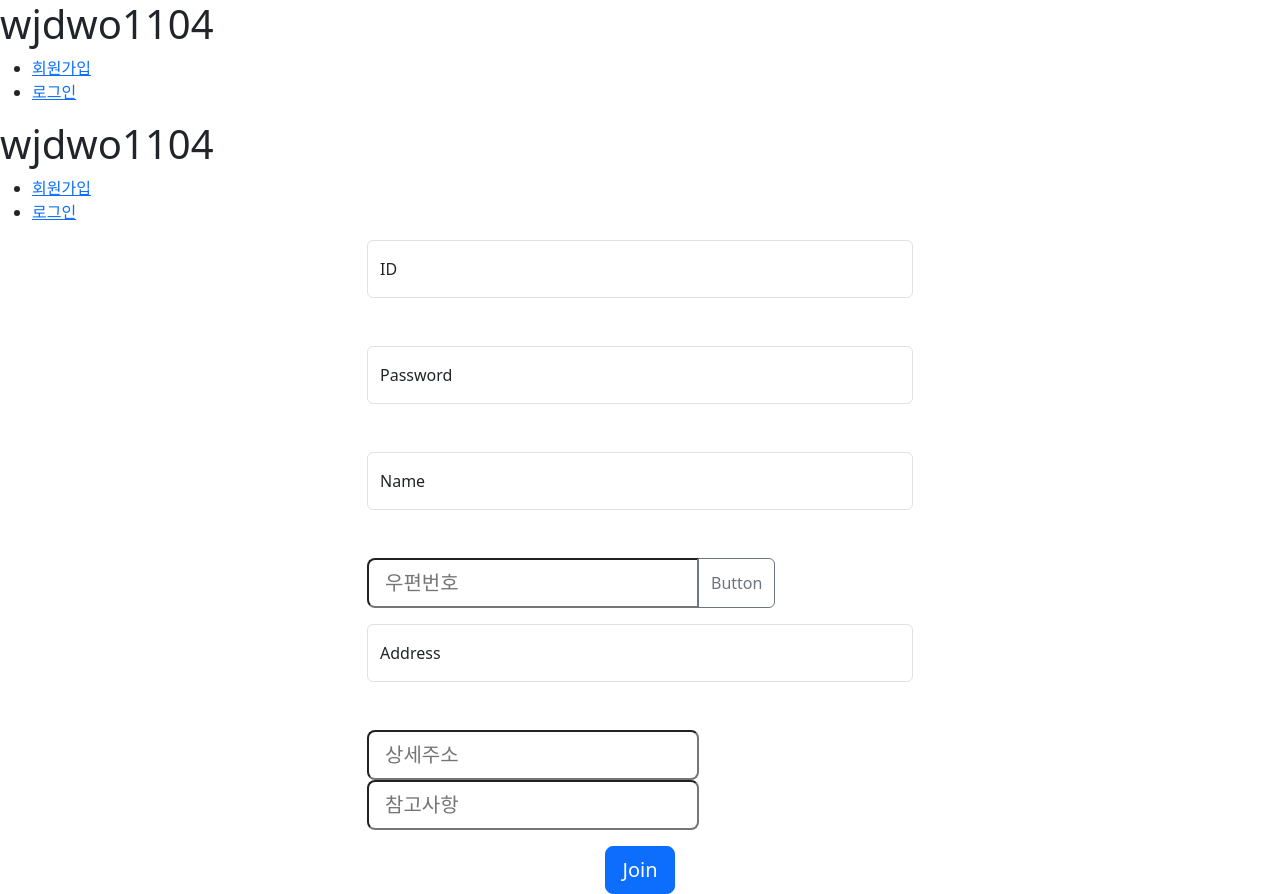
Repository: gain00/lecture1
Page: http://localhost/db-connect/join-form.jsp
An editor plug-in stored every save of this project. The page is shown before and after the next save, followed by the edit.
The browser window is 1280 px wide. The pictures show the whole page.
The page is served by Tomcat 9. Other server files are loaded and not shown.

Above is the page before, as saved 2023-06-07 05:05:04.

### db-connect/src/main/webapp/join-form.jsp
<%@ page language="java" contentType="text/html; charset=UTF-8" pageEncoding="UTF-8"%> <%@include file = "include/header.jsp"%>
<script src="//t1.daumcdn.net/mapjsapi/bundle/postcode/prod/postcode.v2.js"></script>
<body>

  <header>

    <h1>wjdwo1104</h1>
    <nav class="gnb">
      <ul>
        <li><a href="join-form.jsp">회원가입</a></li>
        <li><a href="login-form.jsp">로그인</a></li>
      </ul>
    </nav>
  </header>

  <form action="join-process.jsp" method="post" class="join">
    <div class="container-sm">
      <div class="row justify-content-center">
        <div class="col-6">
          <div class="form-floating mb-5">
            <input type="text" class="form-control" name="userId" id="floatingInput" placeholder="아이디를 입력해주세요" />
            <label for="floatingInput">ID</label>
          </div>
          <div class="form-floating mb-5">
            <input type="password" class="form-control" name="userPw" id="floatingPassword" placeholder="Password" />
            <label for="floatingPassword">Password</label>
          </div>
          <div class="form-floating mb-5">
            <input type="text" class="form-control" name="userName" id="floatingName" placeholder="이름" />
            <label for="floatingName">Name</label>
          </div>

          <div class="input-group mb-3">
            <input type="text" class="form-control-lg" placeholder="우편번호" id="zonecode" name="zonecode" readonly />
            <button class="btn btn-outline-secondary" type="button" id="button-addon2" onclick="searchZonecode()">Button</button>
          </div>

          <div class="form-floating mb-5">
            <input type="text" class="form-control address" name="userAddress" id="floatingAddress" placeholder="주소를 입력해주세요" />
            <label for="floatingAddress">Address</label>
          </div>
          <div class="row mb-3">
            <div class="col">
              <input type="text" class="form-control-lg detailAddress" placeholder="상세주소" aria-label="First name" name="detailAddress" />
            </div>
            <div class="col">
              <input type="text" class="form-control-lg extraAddress" placeholder="참고사항" aria-label="Last name" name="extraAddress" />
            </div>
          </div>

          <div class="text-center"><button type="submit" class="btn btn-primary btn-lg">Join</button></div>
        </div>
      </div>
    </div>
  </form>
  <script>
    function searchZonecode() {
      new daum.Postcode({
        oncomplete: function (data) {
          // 팝업에서 검색결과 항목을 클릭했을때 실행할 코드를 작성하는 부분.

          // 각 주소의 노출 규칙에 따라 주소를 조합한다.
          // 내려오는 변수가 값이 없는 경우엔 공백('')값을 가지므로, 이를 참고하여 분기 한다.
          let addr = ""; // 주소 변수
          let extraAddr = ""; // 참고항목 변수

          //사용자가 선택한 주소 타입에 따라 해당 주소 값을 가져온다.
          if (data.userSelectedType === "R") {
            // 사용자가 도로명 주소를 선택했을 경우
            addr = data.roadAddress;
          } else {
            // 사용자가 지번 주소를 선택했을 경우(J)
            addr = data.jibunAddress;
          }

          // 사용자가 선택한 주소가 도로명 타입일때 참고항목을 조합한다.
          if (data.userSelectedType === "R") {
            // 법정동명이 있을 경우 추가한다. (법정리는 제외)
            // 법정동의 경우 마지막 문자가 "동/로/가"로 끝난다.
            if (data.bname !== "" && /[동|로|가]$/g.test(data.bname)) {
              extraAddr += data.bname;
            }
            // 건물명이 있고, 공동주택일 경우 추가한다.
            if (data.buildingName !== "" && data.apartment === "Y") {
              extraAddr += extraAddr !== "" ? ", " + data.buildingName : data.buildingName;
            }
            // 표시할 참고항목이 있을 경우, 괄호까지 추가한 최종 문자열을 만든다.
            if (extraAddr !== "") {
              extraAddr = " (" + extraAddr + ")";
            }
            // 조합된 참고항목을 해당 필드에 넣는다.
            document.querySelector(".extraAddress").value = extraAddr;
          } else {
            document.querySelector(".extraAddress").value = "";
          }

          // 우편번호와 주소 정보를 해당 필드에 넣는다.
          document.querySelector("#zonecode").value = data.zonecode;
          document.querySelector(".address").value = addr;
          // 커서를 상세주소 필드로 이동한다.
          document.querySelector(".address").focus();
        },
      }).open();
    }
  </script>
</body>

<%@ include file = "include/footer.jsp" %>

### db-connect/src/main/webapp/include/header.jsp
<%@ page language="java" contentType="text/html; charset=UTF-8" pageEncoding="UTF-8"%>
<!DOCTYPE html>
<html>
  <head>
    <meta charset="UTF-8" />
    <title>Insert title here</title>
    <link rel="styleheet" href="css/layout.css" />
    <link rel="stylesheet" href="css/bootstrap.min.css" />
    <script src="js/bootstrap.bundle.min.js"></script>
  </head>
  <body>
    <header>
      <h1>wjdwo1104</h1>
      <nav class="gnb">
        <ul>
          <li><a href="join-form.jsp">회원가입</a></li>
          <li><a href="login-form.jsp">로그인</a></li>
        </ul>
      </nav>
    </header>

Loaded but not shown: db-connect/src/main/webapp/include/footer.jsp (common file); db-connect/src/main/webapp/css/bootstrap.min.css (library); db-connect/src/main/webapp/js/bootstrap.bundle.min.js (library)

After the next save:
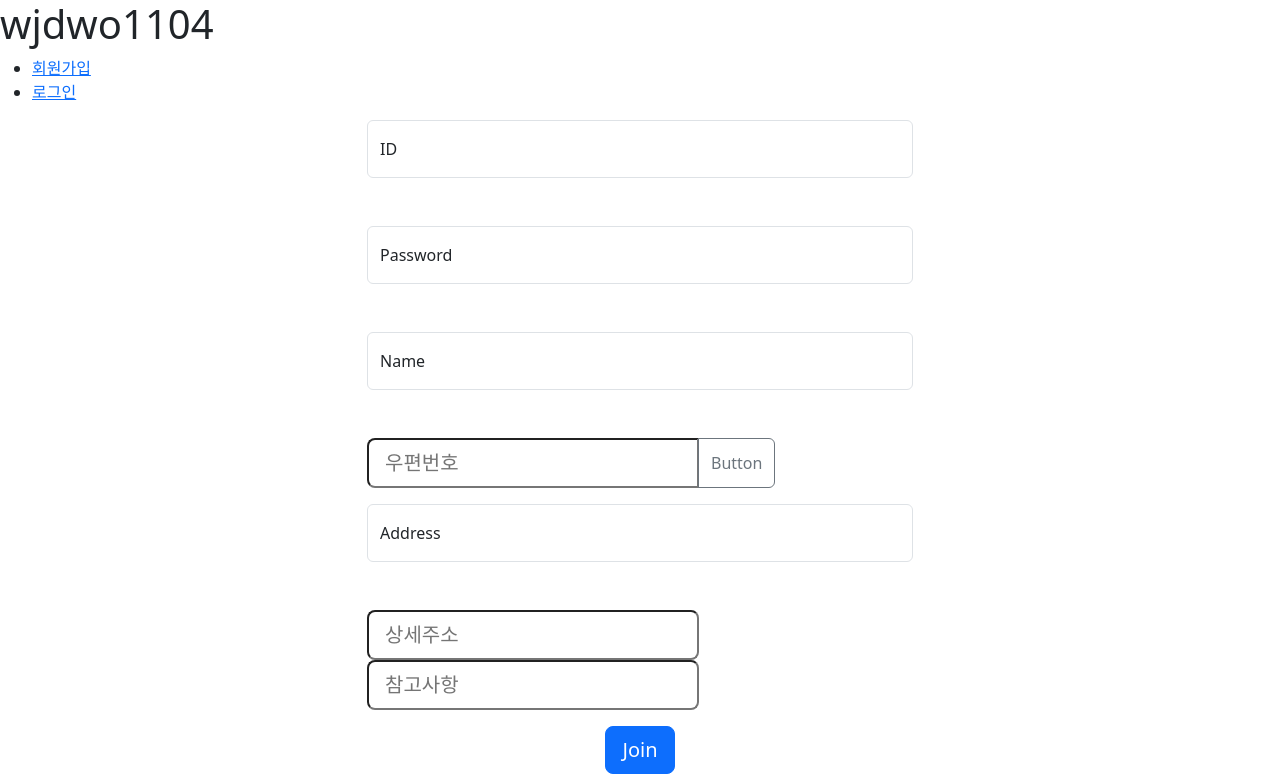
Saved 24 min 4 s later.
--- a/db-connect/src/main/webapp/join-form.jsp
+++ b/db-connect/src/main/webapp/join-form.jsp
@@ -1,17 +1,6 @@
 <%@ page language="java" contentType="text/html; charset=UTF-8" pageEncoding="UTF-8"%> <%@include file = "include/header.jsp"%>
 <script src="//t1.daumcdn.net/mapjsapi/bundle/postcode/prod/postcode.v2.js"></script>
-<body>
 
-  <header>
-
-    <h1>wjdwo1104</h1>
-    <nav class="gnb">
-      <ul>
-        <li><a href="join-form.jsp">회원가입</a></li>
-        <li><a href="login-form.jsp">로그인</a></li>
-      </ul>
-    </nav>
-  </header>
 
   <form action="join-process.jsp" method="post" class="join">
     <div class="container-sm">
@@ -103,6 +92,6 @@
       }).open();
     }
   </script>
-</body>
+
 
 <%@ include file = "include/footer.jsp" %>
